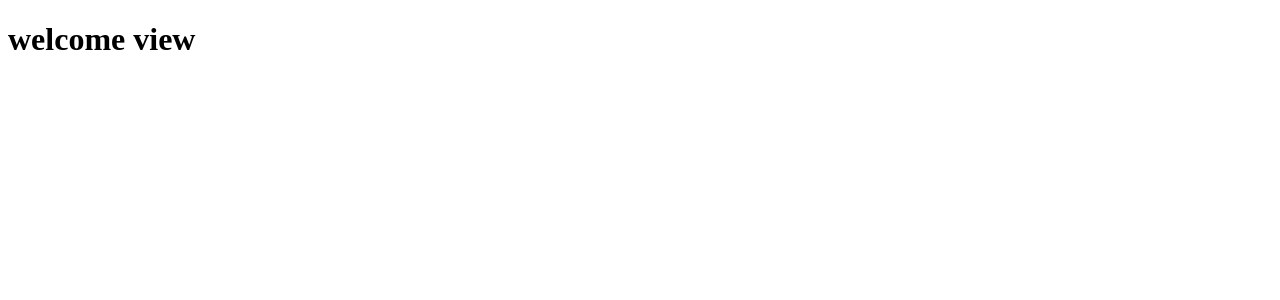
Repository: Jatdevta/AdvanceJava
Page: http://localhost/DynamicProject/Welcome.jsp
An editor plug-in stored every save of this project. The page is shown before and after the next save, followed by the edit.
The browser window is 1280 px wide. The pictures show the whole page.
The page is served by Tomcat 9.

Above is the page before, as saved 2023-08-18 11:31:26.

After the next save:
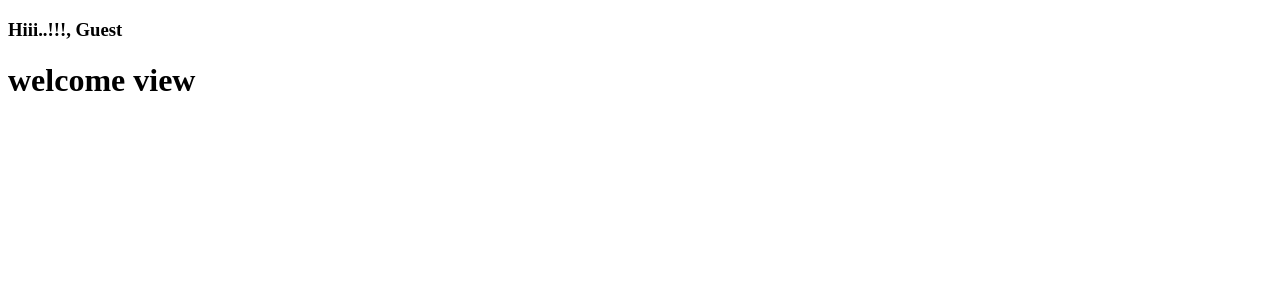
Saved 95 s later.
--- a/Advancejava/DynamicProject/WebContent/Welcome.jsp
+++ b/Advancejava/DynamicProject/WebContent/Welcome.jsp
@@ -10,6 +10,8 @@
 <title></title>
 </head>
 <body>
+
+<%@ include file = "Header.jsp" %>
  <h1>welcome view</h1>
 
 
